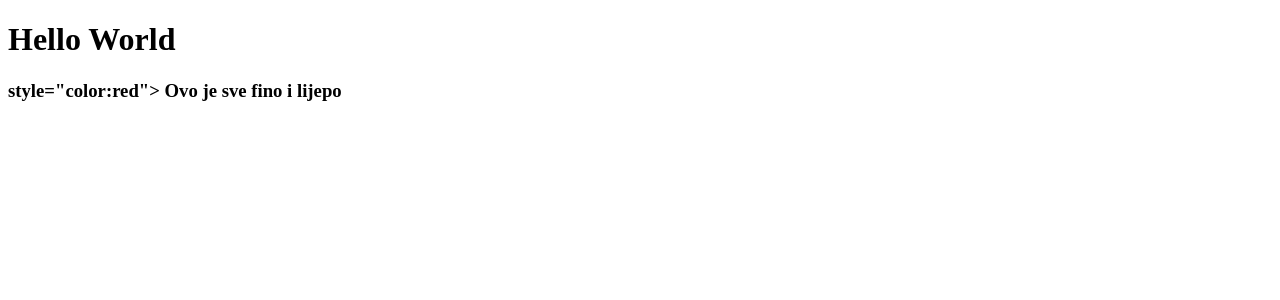
Repository: SemirSahman/Month2
Page: W11D03/public/about.html
An editor plug-in stored every save of this project. The page is shown before and after the next save, followed by the edit.
The browser window is 1280 px wide. The pictures show the whole page.

Above is the page before, as saved 2015-07-29 09:43:11.

After the next save:
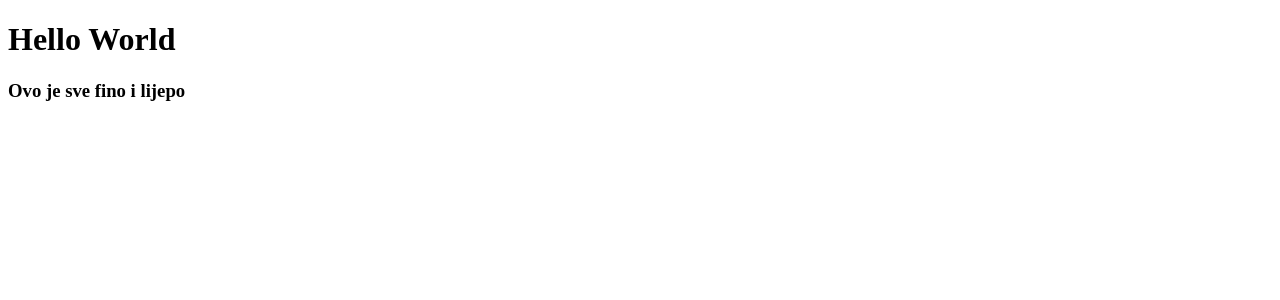
Saved 23 s later.
--- a/W11D03/public/about.html
+++ b/W11D03/public/about.html
@@ -6,7 +6,7 @@
 
 <body>
 <h1>Hello World </h1>
-<h3> style="color:red"> Ovo je sve fino i lijepo </h3>
+<h3> <style="color:red"> Ovo je sve fino i lijepo </h3>
 </body>
 
 </html>
